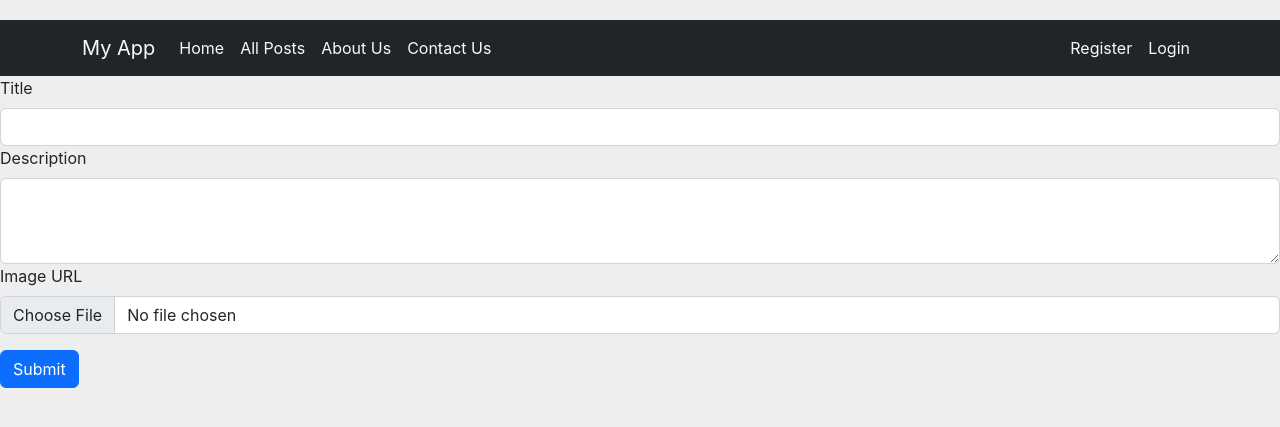
Repository: HiteshKumarMeghwar/react-redux-golang-mysql
Page: /add_post (app in react-redux/)
These files come from the project's save history. The page is drawn as it stood at one moment and after the next save; the edit follows.
The browser window is 1280 px wide. The pictures show the whole page.
Some web libraries are served in a nearby version. The project was rebuilt for these pictures with package versions that can differ from the ones it lists, and the page was loaded fresh each time. Also part of the build but not shown: react-redux/webpack.config.js, react-redux/src/App.css, react-redux/src/components/Login.js, react-redux/src/components/Register.js, react-redux/src/components/Dashboard.js, react-redux/src/components/AllPosts.js, react-redux/src/components/AboutUs.js, react-redux/src/components/ContactUs.js and 3 more.

Above is the page before, as saved 2023-03-17 15:47:59.

### react-redux/public/index.html
<!DOCTYPE html>
<html lang="en">
  <head>
    <meta charset="utf-8" />
    <link rel="icon" href="%PUBLIC_URL%/favicon.ico" />
    <meta name="viewport" content="width=device-width, initial-scale=1" />
    <meta name="theme-color" content="#000000" />
    <meta
      name="description"
      content="Web site created using create-react-app"
    />
    <link rel="apple-touch-icon" href="%PUBLIC_URL%/logo192.png" />
    <!--
      manifest.json provides metadata used when your web app is installed on a
      user's mobile device or desktop. See https://developers.google.com/web/fundamentals/web-app-manifest/
    -->
    <link rel="manifest" href="%PUBLIC_URL%/manifest.json" />
  <link href="https://cdn.jsdelivr.net/npm/bootstrap@5.0.2/dist/css/bootstrap.min.css" rel="stylesheet" integrity="sha384-EVSTQN3/azprG1Anm3QDgpJLIm9Nao0Yz1ztcQTwFspd3yD65VohhpuuCOmLASjC" crossorigin="anonymous">
  <link rel="stylesheet" href="https://cdnjs.cloudflare.com/ajax/libs/font-awesome/6.3.0/css/all.min.css" integrity="sha512-SzlrxWUlpfuzQ+pcUCosxcglQRNAq/DZjVsC0lE40xsADsfeQoEypE+enwcOiGjk/bSuGGKHEyjSoQ1zVisanQ==" crossorigin="anonymous" referrerpolicy="no-referrer" />
    <link href="https://cdn.jsdelivr.net/npm/bootstrap@5.0.0-beta1/dist/css/bootstrap.min.css" />
    <link href="https://cdn.jsdelivr.net/npm/bootstrap@5.0.0-beta1/dist/js/bootstrap.bundle.min.js" />
    <link href="https://cdnjs.cloudflare.com/ajax/libs/jquery/3.2.1/jquery.min.js" />
    <link rel="stylesheet" href="https://cdnjs.cloudflare.com/ajax/libs/font-awesome/4.7.0/css/font-awesome.min.css">
    <!--
      Notice the use of %PUBLIC_URL% in the tags above.
      It will be replaced with the URL of the `public` folder during the build.
      Only files inside the `public` folder can be referenced from the HTML.

      Unlike "/favicon.ico" or "favicon.ico", "%PUBLIC_URL%/favicon.ico" will
      work correctly both with client-side routing and a non-root public URL.
      Learn how to configure a non-root public URL by running `npm run build`.
    -->
    <title>React App</title>
  </head>
  <body>
    <noscript>You need to enable JavaScript to run this app.</noscript>
    <div id="root"></div>
    <!--
      This HTML file is a template.
      If you open it directly in the browser, you will see an empty page.

      You can add webfonts, meta tags, or analytics to this file.
      The build step will place the bundled scripts into the <body> tag.

      To begin the development, run `npm start` or `yarn start`.
      To create a production bundle, use `npm run build` or `yarn build`.
    -->
    <script src="https://cdn.jsdelivr.net/npm/bootstrap@5.0.2/dist/js/bootstrap.bundle.min.js" integrity="sha384-MrcW6ZMFYlzcLA8Nl+NtUVF0sA7MsXsP1UyJoMp4YLEuNSfAP+JcXn/tWtIaxVXM" crossorigin="anonymous"></script>
  </body>
</html>

### react-redux/src/App.js
import React from 'react'
import './App.css'
import Nav from './navbar/Nav'
import { BrowserRouter, Route, Routes } from 'react-router-dom';
import Login from './components/Login'
import Register from './components/Register'
import Dashboard from './components/Dashboard'
import AllPosts from './components/AllPosts'
import AboutUs from './components/AboutUs'
import ContactUs from './components/ContactUs'
import MyPosts from './components/MyPosts'
import EditPosts from './components/EditPosts'
import AddPost from './components/AddPost'
import EditProfile from './components/EditProfile'

const App = () => {
  return (
    <>
      <BrowserRouter>
        <Nav />
        <Routes>
          <Route exact path='/' Component={Dashboard} />
          <Route exact path='/login' Component={Login} />
          <Route exact path='/register' Component={Register} />
          <Route exact path='/all_posts' Component={AllPosts} />
          <Route exact path='/add_post' Component={AddPost} />
          <Route exact path='/about_us' Component={AboutUs} />
          <Route exact path='/contact_us' Component={ContactUs} />
          <Route exact path='/my_posts' Component={MyPosts} />
          <Route exact path='/edit_post/:id' Component={EditPosts} />
          <Route exact path='/edit_profile' Component={EditProfile} />
        </Routes>
      </BrowserRouter>
    </>
  )
}

export default App

### react-redux/src/navbar/Nav.js
import React from 'react'
import { Link } from 'react-router-dom';

const Nav = () => {
    return (
        <>
        <nav className="navbar navbar-expand-lg navbar-light bg-dark">
            <div className="container">
                <Link className="navbar-brand text-light" to="/">My App</Link>
                <div className="collapse navbar-collapse">
                    <ul className="navbar-nav me-auto mb-2 mb-lg-0">
                        <li className="nav-item">
                            <Link className="nav-link text-light" to="/">Home</Link>
                        </li>
                        <li className="nav-item">
                            <Link className="nav-link text-light" to="/all_posts">All Posts</Link>
                        </li>
                        <li className="nav-item">
                            <Link className="nav-link text-light" to="/about_us">About Us</Link>
                        </li>
                        <li className="nav-item">
                            <Link className="nav-link text-light" to="/contact_us">Contact Us</Link>
                        </li>
                    </ul>
                </div>
                <div id="navbarSupportedContent" className='float-end'>
                    <ul className="navbar-nav me-auto mb-2 mb-lg-0">
                        <li className="nav-item">
                            <Link className="nav-link text-light" to="/register">Register</Link>
                        </li>
                        <li className="nav-item">
                            <Link className="nav-link text-light" to="/login">Login</Link>
                        </li>
                    </ul>
                </div>
            </div>
        </nav>
        </>
    )
}

export default Nav

### react-redux/src/components/AddPost.js
import React, {useState} from 'react'
import { Form, Button } from 'react-bootstrap';


const AddPost = () => {
        const [title, setTitle] = useState('');
        const [desc, setDesc] = useState('');
        const [image, setImage] = useState('');

        const handleTitleChange = (e) => {
        setTitle(e.target.value);
        };

        const handleDescChange = (e) => {
        setDesc(e.target.value);
        };

        const handleImageChange = (e) => {
            const file = e.target.files[0];
            const reader = new FileReader();
            reader.onload = () => {
                setImage(reader.result);
            };

            reader.readAsDataURL(file);
        };

        const handleSubmit = (e) => {
        e.preventDefault();
        // Do something with the form data, e.g. submit it to a server
        console.log({ title, desc, image });
        };

    return (
        <>
            <Form onSubmit={handleSubmit}>
                <Form.Group controlId="formTitle">
                    <Form.Label>Title</Form.Label>
                    <Form.Control type="text" value={title} onChange={handleTitleChange} />
                </Form.Group>

                <Form.Group controlId="formDesc">
                    <Form.Label>Description</Form.Label>
                    <Form.Control as="textarea" rows={3} value={desc} onChange={handleDescChange} />
                </Form.Group>

                <Form.Group controlId="formImage">
                    <Form.Label>Image URL</Form.Label>
                    <Form.Control type="file" onChange={handleImageChange} />
                </Form.Group>

                <Button variant="primary mt-3" type="submit">
                    Submit
                </Button>
            </Form>
        </>
    )
}

export default AddPost

### react-redux/src/css/ProfileCss.css
body{
    background:#eee;
}

.card{
    border:none;

    position:relative;
    overflow:hidden;
    border-radius:8px;
    cursor:pointer;
}

.card:before{

    content:"";
    position:absolute;
    left:0;
    top:0;
    width:4px;
    height:100%;
    background-color:#E1BEE7;
    transform:scaleY(1);
    transition:all 0.5s;
    transform-origin: bottom
}

.card:after{

    content:"";
    position:absolute;
    left:0;
    top:0;
    width:4px;
    height:100%;
    background-color:#8E24AA;
    transform:scaleY(0);
    transition:all 0.5s;
    transform-origin: bottom
}

.card:hover::after{
    transform:scaleY(1);
}


.fonts{
    font-size:11px;
}

.social-list{
    display:flex;
    list-style:none;
    justify-content:center;
    padding:0;
}

.social-list li{
    padding:10px;
    color:#8E24AA;
    font-size:19px;
}


.buttons button:nth-child(1){
       border:1px solid #8E24AA !important;
       color:#8E24AA;
       height:40px;
}

.buttons button:nth-child(1):hover{
       border:1px solid #8E24AA !important;
       color:#fff;
       height:40px;
       background-color:#8E24AA;
}

.buttons button:nth-child(2){
       border:1px solid #8E24AA !important;
       background-color:#8E24AA;
       color:#fff;
        height:40px;
}

### react-redux/src/css/Posts.css
body{margin-top:20px;}


/* USER LIST TABLE */
.user-list tbody td > img {
    position: relative;
	max-width: 50px;
	float: left;
	margin-right: 15px;
}
.user-list tbody td .user-link {
	display: block;
	font-size: 1.25em;
	padding-top: 3px;
	margin-left: 60px;
}
.user-list tbody td .user-subhead {
	font-size: 0.875em;
	font-style: italic;
}

/* TABLES */
.table {
    border-collapse: separate;
}
.table-hover > tbody > tr:hover > td,
.table-hover > tbody > tr:hover > th {
	background-color: #eee;
}
.table thead > tr > th {
	border-bottom: 1px solid #C2C2C2;
	padding-bottom: 0;
}
.table tbody > tr > td {
	font-size: 0.875em;
	background: #f5f5f5;
	border-top: 10px solid #fff;
	vertical-align: middle;
	padding: 12px 8px;
}
.table tbody > tr > td:first-child,
.table thead > tr > th:first-child {
	padding-left: 20px;
}
.table thead > tr > th span {
	border-bottom: 2px solid #C2C2C2;
	display: inline-block;
	padding: 0 5px;
	padding-bottom: 5px;
	font-weight: normal;
}
.table thead > tr > th > a span {
	color: #344644;
}
.table thead > tr > th > a span:after {
	content: "\f0dc";
	font-family: FontAwesome;
	font-style: normal;
	font-weight: normal;
	text-decoration: inherit;
	margin-left: 5px;
	font-size: 0.75em;
}
.table thead > tr > th > a.asc span:after {
	content: "\f0dd";
}
.table thead > tr > th > a.desc span:after {
	content: "\f0de";
}
.table thead > tr > th > a:hover span {
	text-decoration: none;
	color: #2bb6a3;
	border-color: #2bb6a3;
}
.table.table-hover tbody > tr > td {
	-webkit-transition: background-color 0.15s ease-in-out 0s;
	transition: background-color 0.15s ease-in-out 0s;
}
.table tbody tr td .call-type {
	display: block;
	font-size: 0.75em;
	text-align: center;
}
.table tbody tr td .first-line {
	line-height: 1.5;
	font-weight: 400;
	font-size: 1.125em;
}
.table tbody tr td .first-line span {
	font-size: 0.875em;
	color: #969696;
	font-weight: 300;
}
.table tbody tr td .second-line {
	font-size: 0.875em;
	line-height: 1.2;
}
.table a.table-link {
	margin: 0 5px;
	font-size: 1.125em;
}
.table a.table-link:hover {
	text-decoration: none;
	color: #2aa493;
}
.table a.table-link.danger {
	color: #fe635f;
}
.table a.table-link.danger:hover {
	color: #dd504c;
}

.table-products tbody > tr > td {
	background: none;
	border: none;
	border-bottom: 1px solid #ebebeb;
	-webkit-transition: background-color 0.15s ease-in-out 0s;
	transition: background-color 0.15s ease-in-out 0s;
	position: relative;
}
.table-products tbody > tr:hover > td {
	text-decoration: none;
	background-color: #f6f6f6;
}
.table-products .name {
	display: block;
	font-weight: 600;
	padding-bottom: 7px;
}
.table-products .price {
	display: block;
	text-decoration: none;
	width: 50%;
	float: left;
	font-size: 0.875em;
}
.table-products .price > i {
	color: #8dc859;
}
.table-products .warranty {
	display: block;
	text-decoration: none;
	width: 50%;
	float: left;
	font-size: 0.875em;
}
.table-products .warranty > i {
	color: #f1c40f;
}
.table tbody > tr.table-line-fb > td {
	background-color: #9daccb;
	color: #262525;
}
.table tbody > tr.table-line-twitter > td {
	background-color: #9fccff;
	color: #262525;
}
.table tbody > tr.table-line-plus > td {
	background-color: #eea59c;
	color: #262525;
}
.table-stats .status-social-icon {
	font-size: 1.9em;
	vertical-align: bottom;
}
.table-stats .table-line-fb .status-social-icon {
	color: #556484;
}
.table-stats .table-line-twitter .status-social-icon {
	color: #5885b8;
}
.table-stats .table-line-plus .status-social-icon {
	color: #a75d54;
}

Loaded but not shown: react-redux/src/index.js (common file); react-redux/src/index.css (common file); react-redux/src/reportWebVitals.js (common file)

After the next save:
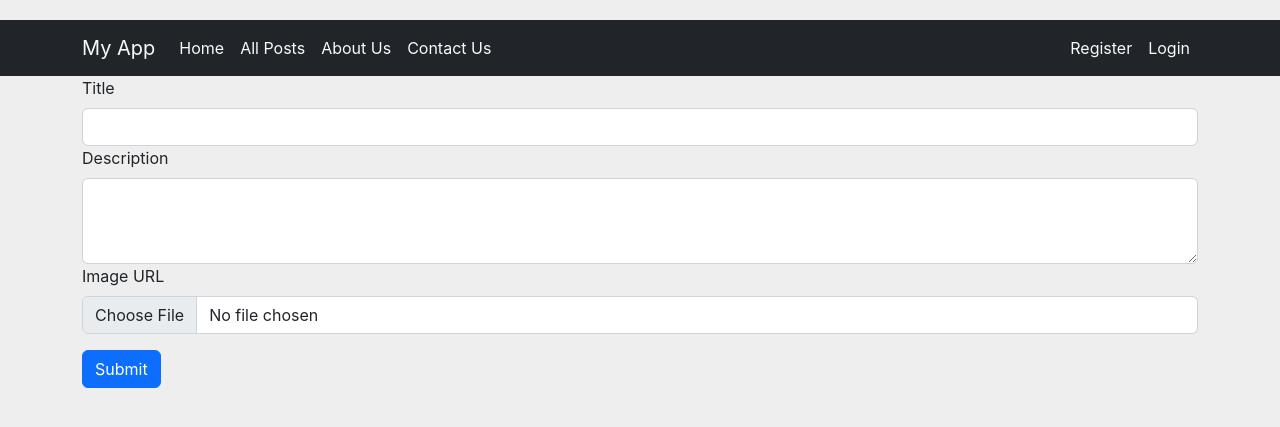
Saved 30 s later.
--- a/react-redux/src/components/AddPost.js
+++ b/react-redux/src/components/AddPost.js
@@ -32,7 +32,7 @@ const AddPost = () => {
         };
 
     return (
-        <>
+        <div className='container'>
             <Form onSubmit={handleSubmit}>
                 <Form.Group controlId="formTitle">
                     <Form.Label>Title</Form.Label>
@@ -53,7 +53,7 @@ const AddPost = () => {
                     Submit
                 </Button>
             </Form>
-        </>
+        </div>
     )
 }
 
